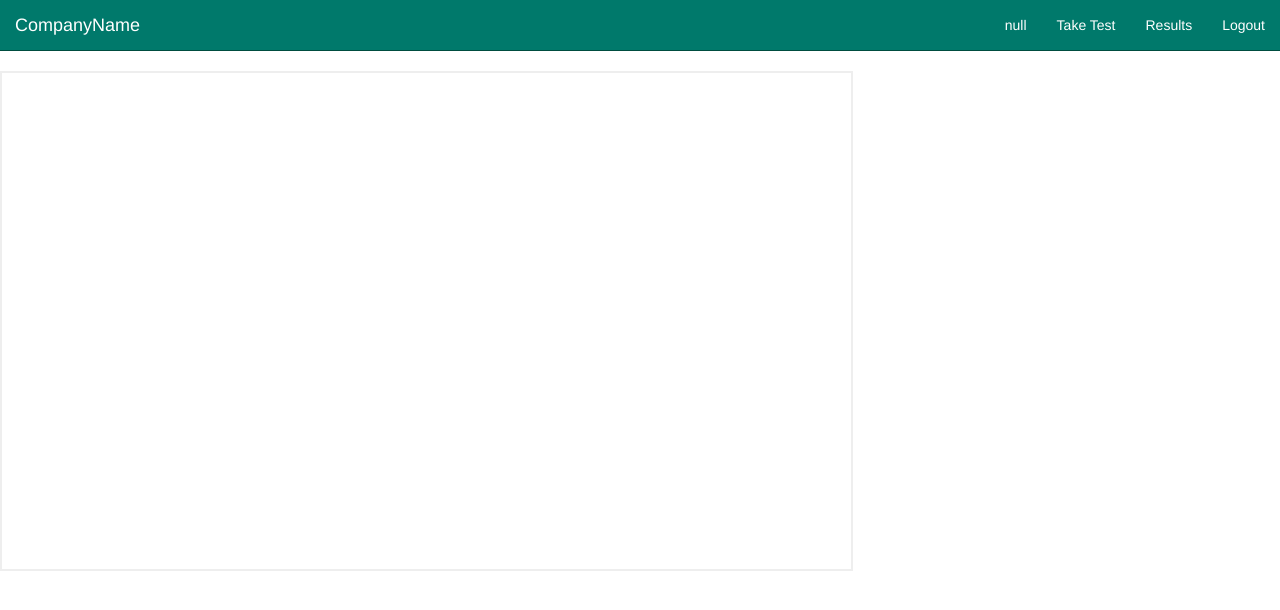
Repository: jayakumar721/projects
Page: http://localhost/TestEngine/dashboard.jsp
An editor plug-in stored every save of this project. The page is shown before and after the next save, followed by the edit.
The browser window is 1280 px wide. The pictures show the whole page.
Some web libraries are served in a nearby version. The page is served by Tomcat 9. Other server files are loaded and not shown.

Above is the page before, as saved 2017-11-28 03:56:43.

### TestEngine/WebContent/dashboard.jsp
<%@ page language="java" contentType="text/html; charset=UTF-8"
	pageEncoding="UTF-8"%>
<!DOCTYPE html PUBLIC "-//W3C//DTD HTML 4.01 Transitional//EN" "http://www.w3.org/TR/html4/loose.dtd">
<html>
<head>
<meta http-equiv="Content-Type" content="text/html; charset=UTF-8">
<title>dashboard</title>
<link rel="stylesheet"
	href="https://maxcdn.bootstrapcdn.com/bootstrap/3.3.7/css/bootstrap.min.css">

<!-- jQuery library -->
<script
	src="https://ajax.googleapis.com/ajax/libs/jquery/3.2.1/jquery.min.js"></script>
<script src="vendor/jquery-validation/dist/jquery.validate.min.js"></script>

<!-- Latest compiled JavaScript -->
<script
	src="https://maxcdn.bootstrapcdn.com/bootstrap/3.3.7/js/bootstrap.min.js"></script>
<style type="text/css">
.navbar-inverse {
	background: #00796B;
	border-bottom-color: #004D40;
}

.navbar-inverse .navbar-nav>li>a, .navbar-inverse .navbar-brand,
	.navbar-inverse .navbar-nav>.dropdown>a .caret {
	color: #fff;
}

.navbar-inverse .navbar-nav>.open>a, .navbar-inverse .navbar-nav>.open>a:hover,
	.navbar-inverse .navbar-nav>.open>a:focus, .navbar-nav>li>.dropdown-menu
	{
	background: #4DB6AC;
}

.nav-pills
>
li
>
a
,
{
color


:



#303F9F


;
}
.nav>li>a:hover, .nav>li>a:focus {
	background-color: #EEEEEE;
}
.right
{
	height:500px;
	border: 2px solid #EEEEEE;
}


</style>
</head>
<body>
	<div>
		<%@ include file="header.jsp"%>
	</div>

	<div class="right col-sm-8"></div>



</body>
</html>

### TestEngine/WebContent/header.jsp
<%@ page language="java" contentType="text/html; charset=UTF-8"
	pageEncoding="UTF-8"%>
<!DOCTYPE html PUBLIC "-//W3C//DTD HTML 4.01 Transitional//EN" "http://www.w3.org/TR/html4/loose.dtd">
<html>
<head>
<meta charset="UTF-8">
<title>Insert title here</title>

<link rel="stylesheet"
	href="https://maxcdn.bootstrapcdn.com/bootstrap/3.3.7/css/bootstrap.min.css">

<!-- jQuery library -->
<script
	src="https://ajax.googleapis.com/ajax/libs/jquery/3.2.1/jquery.min.js"></script>
<script src="vendor/jquery-validation/dist/jquery.validate.min.js"></script>

<!-- Latest compiled JavaScript -->
<script
	src="https://maxcdn.bootstrapcdn.com/bootstrap/3.3.7/js/bootstrap.min.js"></script>
<style type="text/css">
.navbar-inverse {
	background: #00796B;
	border-bottom-color: #004D40;
}

.navbar-inverse .navbar-nav>li>a, .navbar-inverse .navbar-brand,
	.navbar-inverse .navbar-nav>.dropdown>a .caret {
	color: #fff;
}

.navbar-inverse .navbar-nav>.open>a, .navbar-inverse .navbar-nav>.open>a:hover,
	.navbar-inverse .navbar-nav>.open>a:focus, .navbar-nav>li>.dropdown-menu
	{
	background: #4DB6AC;
}

.nav-pills
>
li
>
a
,
{
color
:

#303F9F
;


}
.nav>li>a:hover, .nav>li>a:focus {
	background-color: #EEEEEE;
}
</style>

</head>
<body>
	<div id="top-nav" class="navbar navbar-inverse navbar-static-top">
		<div class="container-fluid">
			<div class="navbar-header">
				<button type="button" class="navbar-toggle" data-toggle="collapse"
					data-target=".navbar-collapse">
					<span class="icon-bar"></span> <span class="icon-bar"></span> <span
						class="icon-bar"></span>
				</button>
				<a class="navbar-brand" href="dashboard.jsp">CompanyName</a>
			</div>
			<div class="navbar-collapse collapse">
				<ul class="nav navbar-nav navbar-right">
					<li><i class="fa fa-user-circle"></i><a><%=session.getAttribute("name")%></a>

					</li>
					<li><a href="Questions" id="taketest"><i
							class="fa fa-dashboard"></i> Take Test</a></li>
					<li><a href="Results" id="result"><i class="fa fa-tags"></i>
							Results</a></li>
					<li><a href="Login.html"><i class="fa fa-sign-out"></i>
							Logout</a></li>
				</ul>
			</div>
		</div>
		<!-- /container -->
	</div>

</body>
</html>

After the next save:
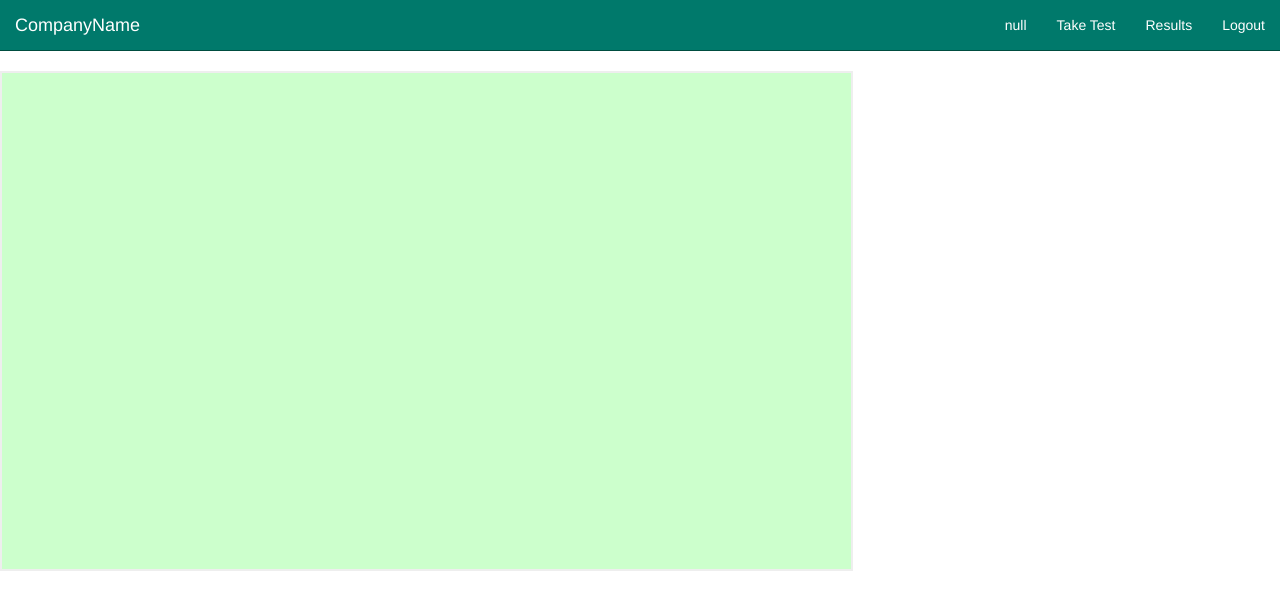
Saved 25 s later.
--- a/TestEngine/WebContent/dashboard.jsp
+++ b/TestEngine/WebContent/dashboard.jsp
@@ -59,6 +59,8 @@ color
 {
 	height:500px;
 	border: 2px solid #EEEEEE;
+	background-color: #ccffcc;
+
 }
 
 
